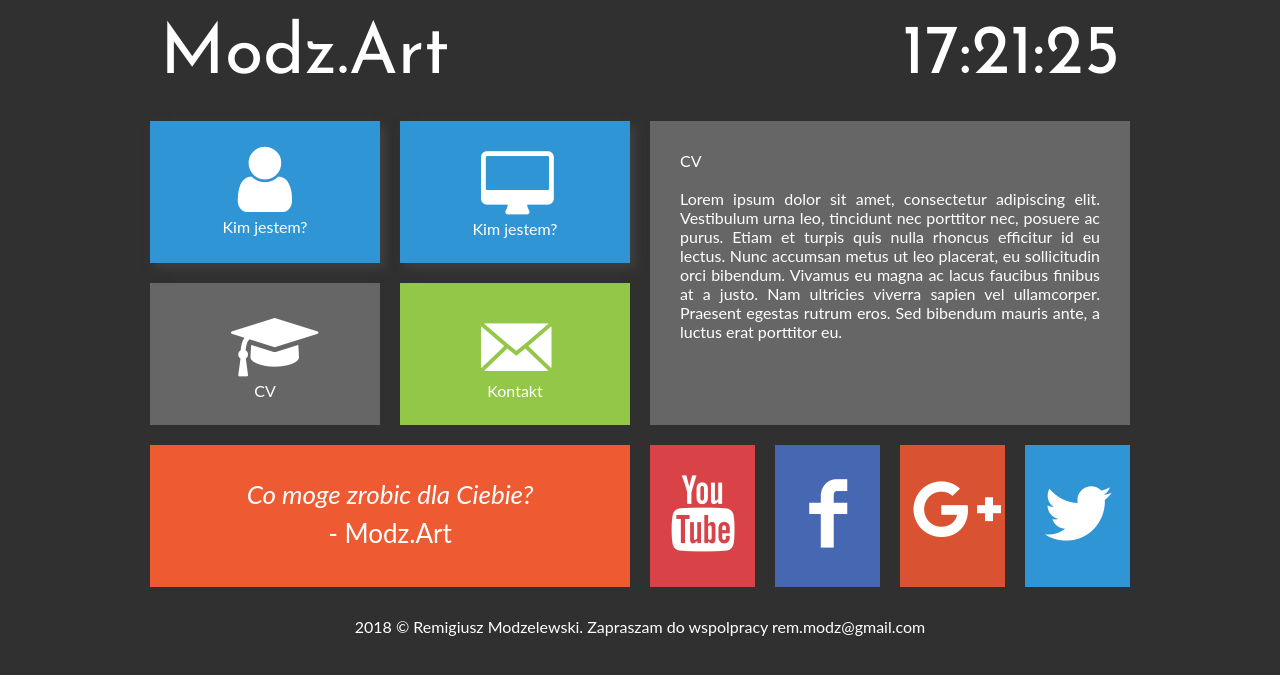
Repository: RemModz/Portfolio
Page: cv.html
An editor plug-in stored every save of this project. The page is shown before and after the next save, followed by the edit.
The browser window is 1280 px wide. The pictures show the whole page.

Above is the page before, as saved 2018-11-07 18:47:00.

### cv.html
<!DOCTYPE html>
<html lang="en">
<head>
    <meta charset="UTF-8">
    <meta name="viewport" content="width=device-width, initial-scale=1.0">
    <meta http-equiv="X-UA-Compatible" content="ie=edge">
    <title>ModzArt - Portfolio</title>
    <meta name='description' content="Portfolio z tworczoscia Remka Modzelewskiego"/>
    <meta name='keywords' content="webdesign, webgraphics, drawing and vector art"/>

    <link rel="stylesheet" href="style.css" type="text/css"/>
    <link rel="stylesheet" href="/fontello/css/fontello.css" type="text/css"/>
    <link href="https://fonts.googleapis.com/css?family=Josefin+Sans&amp;subset=latin-ext" rel="stylesheet">
    <script src="timer.js"></script>
</head>
<body onload="odliczanie();"></body>
    <div id="container">

        <div class="rectangle">
                <div id="logo">
                    <a href="index.html" class="tilelinkhtml5">Modz.Art</a></div>
            <div id="zegar"></div>
            <div style="clear:both;"></div>
        </div>

        <div class="square">
            <div class="tile1">
                <a href="kimjestem.html" class="tilelink"> <i class="icon-user"></i><br/>Kim jestem? </a>
            </div>
            <div class="tile1">
                <a href="cooferuje.html" class="tilelink"> <i class="icon-desktop"></i><br/>Kim jestem? </a>
                       </div>
            <div style="clear:both;"></div>

            <div class="tile2">
                    <a href="cv.html" class="tilelink"> <i class="icon-graduation-cap"></i><br />CV </a>
                </div>
            <div class="tile3">
                    <a href="kontakt.html" class="tilelink"> <i class="icon-email"></i><br />Kontakt </a>
            </div>
            <div style="clear:both;"></div>

            <div class="tile4"><i>Co moge zrobic dla Ciebie? </i><br /> - Modz.Art</div>
        </div>

        <div class="square">
            <div class="tile5">CV <br /> <br />Lorem ipsum dolor sit amet, consectetur adipiscing elit. Vestibulum urna leo, tincidunt nec porttitor nec, posuere ac purus. Etiam et turpis quis nulla rhoncus efficitur id eu lectus. Nunc accumsan metus ut leo placerat, eu sollicitudin orci bibendum. Vivamus eu magna ac lacus faucibus finibus at a justo. Nam ultricies viverra sapien vel ullamcorper. Praesent egestas rutrum eros. Sed bibendum mauris ante, a luctus erat porttitor eu. </div>
            <div class="yt">
                    <a href="http://www.youtube.com" target="_blank" class="sociallink"><i class="icon-youtube"></i></a></div>
            <div class="fb">
                    <a href="http://www.facebook.com/R.ModzArt" target="_blank" class="sociallink"> <i class="icon-facebook"></i></a></div>
            <div class="gplus">
                    <a href="http://www.plus.google.com" target="_blank" class="sociallink"><i class="icon-gplus"></i></a></div>
            <div class="tw">
                    <a href="http://www.tweeter.com" target="_blank" class="sociallink"><i class="icon-twitter"></i></a></div>
            <div style="clear:both;"></div>



        </div>

        <div style="clear:both;"></div>

        <div class="rectangle"> 2018 &copy; </i> Remigiusz Modzelewski. Zapraszam do wspolpracy rem.modz@gmail.com </div>
    </div>
</body>
</html>

### style.css
body {
    background-color: #303030;
    color: #ffffff;
    font-family: 'Lato', sans-serif;
    font-size: 20px'
}

#container {
    width: 1000px;
    margin-left: auto;
    margin-right: auto;
}

.rectangle {
    width: 960PX;
    margin: 20pX;
    text-align: center;
}

.square {
    width: 50%;
    float: left;
}

#logo {
    float: left;
    font-family: 'Josefin Sans', sans-serif;
    font-size: 70px;
    width: 600;
    text-align: left;
}

#zegar {
    float: right;
    font-family: 'Josefin Sans', sans-serif;
    font-size: 70px;
    text-align: center;
}
.tile1 {
    margin: 10px;
    width: 230px;
    height: 142px;
    background-color: #3095d5;
    float: left;
    text-align: center;
    box-shadow: #414141 5px 5px 10px;
}

.tile1:hover {
background-color: #2084c4;
}

.tile2 {
    margin: 10px;
    width: 230px;
    height: 142px;
    background-color: #666666;
    float: left;
    text-align: center;
}

.tile2:hover {
    background-color: #555555;
    }

.tile3 {
    margin: 10px;
    width: 230px;
    height: 142px;
    background-color: #93c748;
    float: left;
    text-align: center;
}
.tile3:hover {
    background-color: #82b637;
    }

.tile4 {
    margin: 10px;
    width: 420px;
    height: 82px;
    padding: 30px;
    background-color: #ee5a32;
    text-align: center;
    font-size: 26px;
    line-height: 150%;

}

.tile4:hover {
    background-color: #dd4a21;
    }

.tile5 {
    margin: 10px;
    width: 420px;
    height: 244px;
    background-color: #666666;
    text-align: justify;
    padding: 30px;
}

.yt {
    margin: 10px;
    width: 105px;
    height: 142px;
    background-color: #d94348;
    float: left;
}
.yt:hover {
    background-color: #c83237;
    }

.fb {
    margin: 10px;
    width: 105px;
    height: 142px;
    background-color: #4668b3;
    float: left;
}
.fb:hover {
    background-color: #3557a2;
    }

.gplus {
    margin: 10px;
    width: 105px;
    height: 142px;
    background-color: #d95333;
    float: left;
}
.gplus:hover {
    background-color: #d84222;
    }

.tw {
    margin: 10px;
    width: 105px;
    height: 142px;
    background-color: #3095d5;
    float: left;
}
.tw:hover {
    background-color: #2084c4;
    }

.tilelink {

    color: #ffffff;
    text-decoration: none;
    display: block;
    width: 230px;
    height: 142px;

}

.tilelinkhtml5 {

    color: #ffffff;
    text-decoration: none;
    display: block;

}

.sociallink {

    color: #ffffff;
    text-decoration: none;
    display: block;
    width: 105px;
    height: 142px;

}

### fontello/css/fontello.css
@font-face {
  font-family: 'fontello';
  src: url('../font/fontello.eot?17037671');
  src: url('../font/fontello.eot?17037671#iefix') format('embedded-opentype'),
       url('../font/fontello.woff2?17037671') format('woff2'),
       url('../font/fontello.woff?17037671') format('woff'),
       url('../font/fontello.ttf?17037671') format('truetype'),
       url('../font/fontello.svg?17037671#fontello') format('svg');
  font-weight: normal;
  font-style: normal;
}
/* Chrome hack: SVG is rendered more smooth in Windozze. 100% magic, uncomment if you need it. */
/* Note, that will break hinting! In other OS-es font will be not as sharp as it could be */
/*
@media screen and (-webkit-min-device-pixel-ratio:0) {
  @font-face {
    font-family: 'fontello';
    src: url('../font/fontello.svg?17037671#fontello') format('svg');
  }
}
*/

 [class^="icon-"]:before, [class*=" icon-"]:before {
  font-family: "fontello";
  font-style: normal;
  font-weight: normal;
  speak: none;

  display: inline-block;
  text-decoration: inherit;
  width: 1em;
  margin-right: .2em;
  text-align: center;
  /* opacity: .8; */

  /* For safety - reset parent styles, that can break glyph codes*/
  font-variant: normal;
  text-transform: none;

  /* fix buttons height, for twitter bootstrap */
  line-height: 1em;

  /* Animation center compensation - margins should be symmetric */
  /* remove if not needed */
  margin-left: .2em;

  /* you can be more comfortable with increased icons size */
  /* font-size: 120%; */

  /* Font smoothing. That was taken from TWBS */
  -webkit-font-smoothing: antialiased;
  -moz-osx-font-smoothing: grayscale;

  /* Uncomment for 3D effect */
  /* text-shadow: 1px 1px 1px rgba(127, 127, 127, 0.3); */
}

.icon-user:before { content: '\e800'; font-size: 76px; margin-top: 20px;} /* '' */
.icon-email:before { content: '\e801'; font-size: 68px; margin-top: 30px; } /* '' */
.icon-gmail:before { content: '\e802'; font-size: 68px; margin-top: 30px; } /* '' */
.icon-twitter:before { content: '\f099'; font-size: 76px; margin-top: 30px; } /* '' */
.icon-gplus:before { content: '\f0d5'; font-size: 68px; margin-top: 30px;} /* '' */
.icon-desktop:before { content: '\f108'; font-size: 68px; margin-top: 30px;} /* '' */
.icon-youtube:before { content: '\f167'; font-size: 76px; margin-top: 30px;} /* '' */
.icon-graduation-cap:before { content: '\f19d'; font-size: 68px; margin-top: 30px;} /* '' */
.icon-facebook:before { content: '\f30c'; font-size: 76px; margin-top: 30px;} /* '' */

### timer.js
function odliczanie()
	{
		var dzisiaj = new Date();


		var godzina = dzisiaj.getHours();
		if (godzina<10) godzina = "0"+godzina;

		var minuta = dzisiaj.getMinutes();
		if (minuta<10) minuta = "0"+minuta;

		var sekunda = dzisiaj.getSeconds();
		if (sekunda<10) sekunda = "0"+sekunda;

		document.getElementById("zegar").innerHTML = +godzina+":"+minuta+":"+sekunda;

		 setTimeout("odliczanie()",1000);
	}

After the next save:
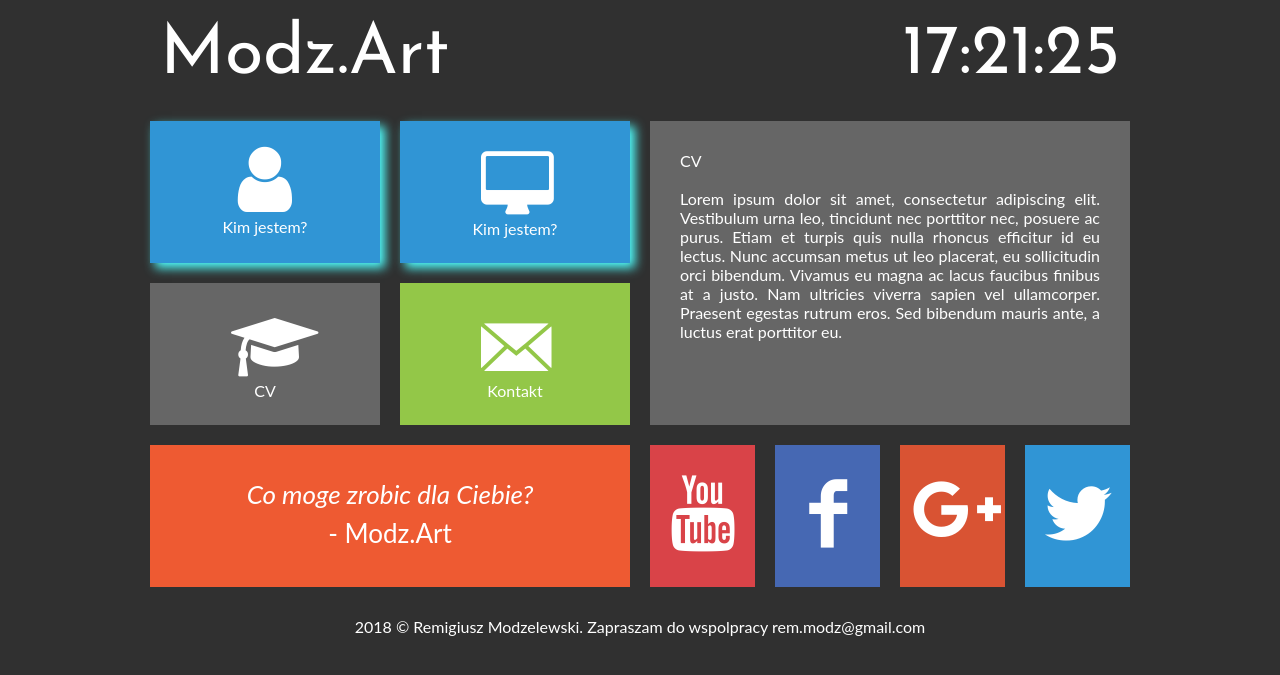
Saved 27 s later.
--- a/style.css
+++ b/style.css
@@ -43,7 +43,7 @@
     background-color: #3095d5;
     float: left;
     text-align: center;
-    box-shadow: #414141 5px 5px 10px;
+    box-shadow: #4fffff 5px 5px 10px;
 }
 
 .tile1:hover {
